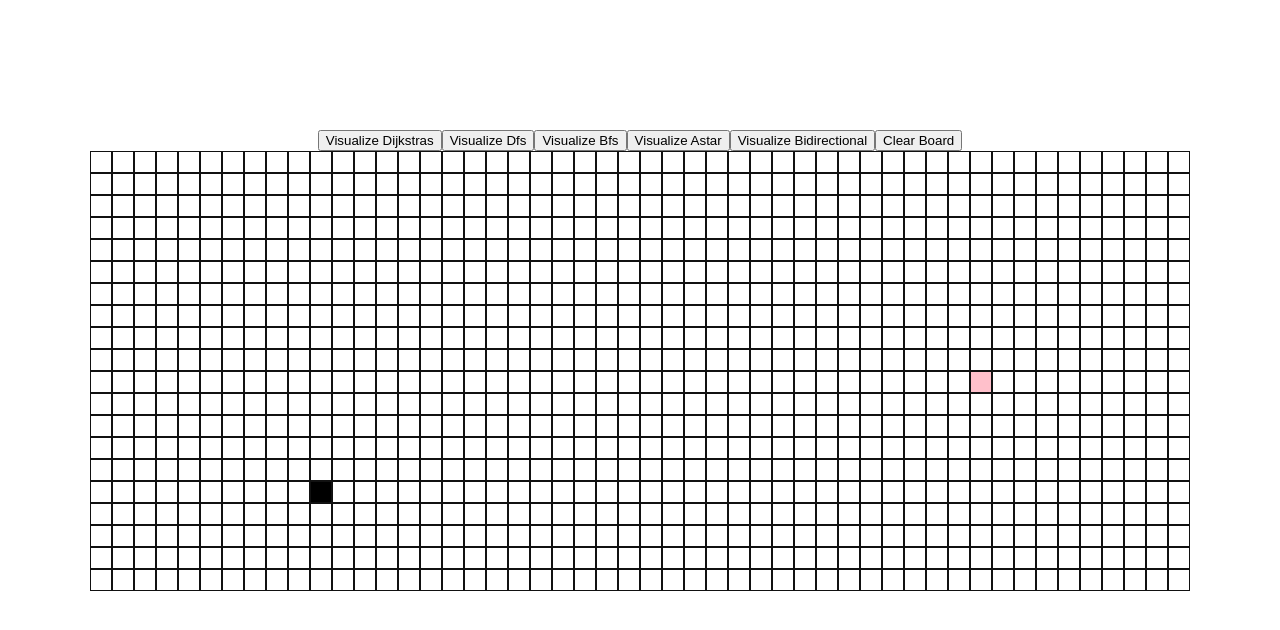
Repository: rehans-Life/Pathfinding-Visualizer
Page: /
An editor plug-in stored every save of this project. The page is shown before and after a run of saves, followed by the edit.
The browser window is 1280 px wide. The pictures show the whole page.
The project was rebuilt for these pictures with package versions that can differ from the ones it lists, and the page was loaded fresh each time. The framework's server and built-in components were replaced by stand-ins that run in the browser. Also part of the build but not shown: next.config.js.

Above is the page before, as saved 2023-03-10 10:16:34.

### pages/index.js
import Head from "next/head";
import styles from "../styles/Home.module.css";
import Node from "../components/Node";
import { visualizeDijistras } from "../algorithms/dijkstras";
import { useState } from "react";
import { visualizeDfs } from "../algorithms/dfs";
import { visualizeBfs } from "../algorithms/bfs";
import { visualizeAstar } from "../algorithms/aStar";
import { visualizeBidirectional } from "../algorithms/bidirectional";

export const START_ROW = 15;
export const START_COL = 10;
export const END_ROW = 10;
export const END_COL = 40;

function getInitialGrid() {
  let grid = [];
  for (let i = 0; i < 20; i++) {
    let row = [];
    for (let j = 0; j < 50; j++) {
      const node = {
        row: i,
        col: j,
        isStart: i === START_ROW && j === START_COL,
        isEnd: i === END_ROW && j === END_COL,
        distance: Infinity,
        parent: null,
        isVisited: false,
        isInPath: false,
        isWall: false,
        huristic: Infinity,
        totalDistance: 0,
      };
      row.push(node);
    }
    grid.push(row);
  }
  return grid;
}

const canBecomeWall = (row, col) => {
  return row != END_ROW || col != END_COL;
};

export default function Home() {
  const [grid, setGrid] = useState(getInitialGrid());
  const [mouseDown, setMouseDown] = useState(false);

  const handleMouseDown = (row, col) => {
    if (!canBecomeWall(row, col)) return;
    setMouseDown(true);
    setCellAsWall(row, col);
  };

  const handleMouseEnter = (row, col) => {
    if (!canBecomeWall(row, col)) return;
    if (mouseDown) {
      setCellAsWall(row, col);
    }
  };

  const handleMouseUp = () => {
    setMouseDown(false);
  };

  const setCellAsWall = (row, col) => {
    let newGrid = grid.slice();
    newGrid[row][col].isWall = !newGrid[row][col].isWall;
    setGrid(newGrid);
  };

  return (
    <div className={styles.container}>
      <Head>
        <title>Pathfinding Visualizer</title>
        <meta name="description" content="Generated by create next app" />
        <link rel="icon" href="/favicon.ico" />
      </Head>
      <div className={styles.buttons}>
        <button onClick={() => visualizeDijistras(grid, setGrid)}>
          Visualize Dijkstras
        </button>
        <button onClick={() => visualizeDfs(grid, setGrid)}>
          Visualize Dfs
        </button>
        <button onClick={() => visualizeBfs(grid, setGrid)}>
          Visualize Bfs
        </button>
        <button onClick={() => visualizeAstar(grid, setGrid)}>
          Visualize Astar
        </button>
        <button onClick={() => visualizeBidirectional(grid, setGrid)}>
          Visualize Bidirectional
        </button>
        <button onClick={() => setGrid(getInitialGrid())}>Clear Board</button>
      </div>
      {grid.map((row, index) => (
        <div key={index} className={styles.row}>
          {row.map((node, index) => (
            <Node
              key={index}
              row={node.row}
              col={node.col}
              isStart={node.isStart}
              isEnd={node.isEnd}
              distance={node.distance}
              isVisited={node.isVisited}
              isInPath={node.isInPath}
              isWall={node.isWall}
              handleMouseDown={handleMouseDown}
              handleMouseUp={handleMouseUp}
              handleMouseEnter={handleMouseEnter}
            ></Node>
          ))}
        </div>
      ))}
    </div>
  );
}

### styles/Home.module.css
.container {
  display: flex;
  flex-direction: column;
  justify-content: center;
  align-items: center;
  width: 100vw;
  height: 100vh;
}
.node {
  padding: 10px;
  border: 1px solid #111;
  width: 10px;
}

.row {
  display: flex;
}
.button {
  display: flex;
  align-items: center;
}

.startNode {
  padding: 10px;
  border: 1px solid #111;
  width: 10px;
  background-color: black;
}
.visited {
  background-color: lightslategray;
  padding: 10px;
  border: 1px solid #111;
  width: 10px;
}

.wall {
  background-color: darkslateblue;
  padding: 10px;
  border: 1px solid #111;
  width: 10px;
}

.inPath {
  background-color: royalblue;
  padding: 10px;
  border: 1px solid #111;
  width: 10px;
}

.endNode {
  padding: 10px;
  border: 1px solid #111;
  width: 10px;
  background-color: pink;
}

### components/Node.js
import React from "react";
import styles from "../styles/Home.module.css";

export default function Node({
  row,
  col,
  isStart,
  isEnd,
  isWall,
  isInPath,
  isVisited,
  handleMouseDown,
  handleMouseUp,
  handleMouseEnter,
}) {
  return (
    <div
      onMouseDown={() => handleMouseDown(row, col)}
      onMouseUp={handleMouseUp}
      onMouseEnter={() => handleMouseEnter(row, col)}
      className={
        isStart
          ? styles.startNode
          : isEnd
          ? styles.endNode
          : isWall
          ? styles.wall
          : isInPath
          ? styles.inPath
          : isVisited
          ? styles.visited
          : styles.node
      }
    >
      {" "}
    </div>
  );
}

### algorithms/dijkstras.js
import { END_COL, END_ROW, START_COL, START_ROW } from "../pages";

class PriorityQueue {
  constructor() {
    this.heap = [];
  }

  isEmpty() {
    return this.heap.length == 0;
  }

  insert(node) {
    this.heap.push(node);
    let i = this.heap.length - 1;
    this.siftup(i);
  }

  delete() {
    let temp = this.heap[0];
    this.heap[0] = this.heap[this.heap.length - 1];
    this.heap.pop();
    this.shiftdown(0);
    return temp;
  }

  siftup(i) {
    let parent = Math.floor((i - 1) / 2);
    while (parent >= 0 && this.heap[parent].distance > this.heap[i].distance) {
      let temp = this.heap[parent];
      this.heap[parent] = this.heap[i];
      this.heap[i] = temp;
      i = parent;
      parent = Math.floor((i - 1) / 2);
    }
  }
  shiftdown(i) {
    let leftChild = i * 2 + 1;
    let rightChild = i * 2 + 2;
    let n = this.heap.length;

    while (
      (leftChild < n &&
        this.heap[leftChild].distance < this.heap[i].distance) ||
      (rightChild < n && this.heap[rightChild].distance < this.heap[i].distance)
    ) {
      let smaller =
        rightChild >= n ||
        this.heap[leftChild].distance <= this.heap[rightChild].distance
          ? leftChild
          : rightChild;

      let temp = this.heap[i];
      this.heap[i] = this.heap[smaller];
      this.heap[smaller] = temp;

      i = smaller;
      leftChild = i * 2 + 1;
      rightChild = i * 2 + 2;
    }
  }
}

function isValid(row, col) {
  return row < 20 && row >= 0 && col < 50 && col >= 0;
}

export function dijkstras(grid, src, target) {
  let priorityQueue = new PriorityQueue();
  let delRow = [-1, +1, 0, 0];
  let delCol = [0, 0, -1, +1];

  let visitedNodes = [];

  priorityQueue.insert(src);
  src.distance = 0;
  visitedNodes.push(src);

  while (!priorityQueue.isEmpty()) {
    let node = priorityQueue.delete();

    for (let i = 0; i < 4; i++) {
      let adjRow = node.row + delRow[i];
      let adjCol = node.col + delCol[i];
      let newDistance = node.distance + 1;

      if (isValid(adjRow, adjCol)) {
        let adjNode = grid[adjRow][adjCol];
        if (!adjNode.isWall && newDistance < adjNode.distance) {
          adjNode.distance = newDistance;
          adjNode.parent = node;
          if (adjNode.row === target.row && adjNode.col === target.col) {
            return visitedNodes;
          }
          visitedNodes.push(adjNode);
          priorityQueue.insert(adjNode);
        }
      }
    }
  }
  return visitedNodes;
}

const animteDijkstras = (visitedNodes, path, grid, setGrid) => {
  for (let i = 0; i < visitedNodes?.length; i++) {
    if (i === visitedNodes.length - 1) {
      setTimeout(() => {
        animatePath(path, grid, setGrid);
      }, 10 * i);
    }
    setTimeout(() => {
      let newGrid = grid.slice();

      let node = visitedNodes[i];
      let newNode = {
        ...node,
        isVisited: true,
      };

      newGrid[node.row][node.col] = newNode;
      setGrid(newGrid);
    }, 10 * i);
  }
};

const animatePath = (path, grid, setGrid) => {
  for (let i = 0; i < path?.length; i++) {
    setTimeout(() => {
      let newGrid = grid.slice();

      let node = path[i];
      let newNode = {
        ...node,
        isInPath: true,
      };

      newGrid[node.row][node.col] = newNode;
      setGrid(newGrid);
    }, 50 * i);
  }
};

export const visualizeDijistras = (grid, setGrid) => {
  let startNode = grid[START_ROW][START_COL];
  let endNode = grid[END_ROW][END_COL];
  let visitedNodes = dijkstras(grid, startNode, endNode);
  let node = grid[END_ROW][END_COL];
  let path = [];
  while (node) {
    path.push(node);
    node = node.parent;
  }
  path.reverse();
  animteDijkstras(visitedNodes, path, grid, setGrid);
};

### algorithms/dfs.js
import { END_COL, END_ROW, START_COL, START_ROW } from "../pages";

export function visualizeDfs(grid, setGrid) {
  let startNode = grid[START_ROW][START_COL];
  let endNode = grid[END_ROW][END_COL];
  let visitedNodes = dfs(grid, startNode, endNode);
  let path = [];
  let node = endNode;
  while (node) {
    path.push(node);
    node = node.parent;
  }
  path.reverse();
  animateDfs(visitedNodes, path, grid, setGrid);
}

function animateDfs(visitedNodes, path, grid, setGrid) {
  for (let i = 0; i < visitedNodes.length; i++) {
    setTimeout(() => {
      if (i === visitedNodes.length - 1) {
        animatePath(path, grid, setGrid);
      }
      let newGrid = grid.slice();

      let node = visitedNodes[i];
      let newNode = {
        ...node,
        isVisited: true,
      };

      newGrid[node.row][node.col] = newNode;
      setGrid(newGrid);
    }, 10 * i);
  }
}

function animatePath(path, grid, setGrid) {
  for (let i = 0; i < path.length; i++) {
    setTimeout(() => {
      let newGrid = grid.slice();

      let node = path[i];
      let newNode = {
        ...node,
        isInPath: true,
      };

      newGrid[node.row][node.col] = newNode;
      setGrid(newGrid);
    }, 10 * i);
  }
}

function isValid(row, col) {
  return row < 20 && row >= 0 && col < 50 && col >= 0;
}

function dfs(grid, src, target) {
  let visitedNodes = [];
  let delRow = [-1, 0, 0, +1];
  let delCol = [0, +1, -1, 0];

  function helper(node, parent) {
    node.distance = 1;
    node.parent = parent;
    visitedNodes.push(node);

    if (node.row === target.row && node.col === target.col) {
      return true;
    }

    for (let i = 0; i < 4; i++) {
      let adjRow = node.row + delRow[i];
      let adjCol = node.col + delCol[i];

      if (isValid(adjRow, adjCol)) {
        let adjNode = grid[adjRow][adjCol];
        if (!adjNode.isWall && adjNode.distance === Infinity) {
          if (helper(adjNode, node)) {
            return true;
          }
        }
      }
    }
  }

  helper(src, null);
  return visitedNodes;
}

### algorithms/bfs.js
import { END_COL, END_ROW, START_COL, START_ROW } from "../pages";

function isValid(row, col) {
  return row < 20 && row >= 0 && col < 50 && col >= 0;
}

export function bfs(grid, src, target) {
  let queue = [];
  let delRow = [-1, +1, 0, 0];
  let delCol = [0, 0, -1, +1];

  let visitedNodes = [];

  queue.push(src);
  src.distance = 0;
  visitedNodes.push(src);

  while (queue.length) {
    let node = queue.shift();

    for (let i = 0; i < 4; i++) {
      let adjRow = node.row + delRow[i];
      let adjCol = node.col + delCol[i];
      let newDistance = node.distance + 1;

      if (isValid(adjRow, adjCol)) {
        let adjNode = grid[adjRow][adjCol];
        if (!adjNode.isWall && newDistance < adjNode.distance) {
          adjNode.distance = newDistance;
          adjNode.parent = node;
          if (adjNode.row === target.row && adjNode.col === target.col) {
            return visitedNodes;
          }
          visitedNodes.push(adjNode);
          queue.push(adjNode);
        }
      }
    }
  }
  return visitedNodes;
}

const animateBfs = (visitedNodes, path, grid, setGrid) => {
  for (let i = 0; i < visitedNodes?.length; i++) {
    if (i === visitedNodes.length - 1) {
      setTimeout(() => {
        animatePath(path, grid, setGrid);
      }, 10 * i);
    }
    setTimeout(() => {
      let newGrid = grid.slice();

      let node = visitedNodes[i];
      let newNode = {
        ...node,
        isVisited: true,
      };

      newGrid[node.row][node.col] = newNode;
      setGrid(newGrid);
    }, 10 * i);
  }
};

const animatePath = (path, grid, setGrid) => {
  for (let i = 0; i < path?.length; i++) {
    setTimeout(() => {
      let newGrid = grid.slice();

      let node = path[i];
      let newNode = {
        ...node,
        isInPath: true,
      };

      newGrid[node.row][node.col] = newNode;
      setGrid(newGrid);
    }, 50 * i);
  }
};

export const visualizeBfs = (grid, setGrid) => {
  let startNode = grid[START_ROW][START_COL];
  let endNode = grid[END_ROW][END_COL];
  let visitedNodes = bfs(grid, startNode, endNode);
  let node = grid[END_ROW][END_COL];
  let path = [];
  while (node) {
    path.push(node);
    node = node.parent;
  }
  path.reverse();
  animateBfs(visitedNodes, path, grid, setGrid);
};

### algorithms/aStar.js
import { END_COL, END_ROW, START_COL, START_ROW } from "../pages";

function isValid(row, col) {
  return row < 20 && row >= 0 && col < 50 && col >= 0;
}

class PriorityQueue {
  constructor() {
    this.heap = [];
  }

  isEmpty() {
    return this.heap.length == 0;
  }

  insert(node) {
    this.heap.push(node);
    let i = this.heap.length - 1;
    this.siftup(i);
  }

  delete() {
    let temp = this.heap[0];
    this.heap[0] = this.heap[this.heap.length - 1];
    this.heap.pop();
    this.shiftdown(0);
    return temp;
  }

  siftup(i) {
    let parent = Math.floor((i - 1) / 2);
    while (
      parent >= 0 &&
      this.heap[parent].totalDistance > this.heap[i].totalDistance
    ) {
      let temp = this.heap[parent];
      this.heap[parent] = this.heap[i];
      this.heap[i] = temp;
      i = parent;
      parent = Math.floor((i - 1) / 2);
    }
  }
  shiftdown(i) {
    let leftChild = i * 2 + 1;
    let rightChild = i * 2 + 2;
    let n = this.heap.length;

    while (
      (leftChild < n &&
        this.heap[leftChild].totalDistance < this.heap[i].totalDistance) ||
      (rightChild < n &&
        this.heap[rightChild].totalDistance < this.heap[i].totalDistance)
    ) {
      let smaller =
        rightChild >= n ||
        this.heap[leftChild].totalDistance <=
          this.heap[rightChild].totalDistance
          ? leftChild
          : rightChild;

      let temp = this.heap[i];
      this.heap[i] = this.heap[smaller];
      this.heap[smaller] = temp;

      i = smaller;
      leftChild = i * 2 + 1;
      rightChild = i * 2 + 2;
    }
  }
}

class PriorityQueueII {
  constructor() {
    this.heap = [];
  }

  isEmpty() {
    return this.heap.length == 0;
  }

  insert(node) {
    this.heap.push(node);
    let i = this.heap.length - 1;
    this.siftup(i);
  }

  delete() {
    let temp = this.heap[0];
    this.heap[0] = this.heap[this.heap.length - 1];
    this.heap.pop();
    this.shiftdown(0);
    return temp;
  }

  siftup(i) {
    let parent = Math.floor((i - 1) / 2);
    while (parent >= 0 && this.heap[parent].huristic > this.heap[i].huristic) {
      let temp = this.heap[parent];
      this.heap[parent] = this.heap[i];
      this.heap[i] = temp;
      i = parent;
      parent = Math.floor((i - 1) / 2);
    }
  }
  shiftdown(i) {
    let leftChild = i * 2 + 1;
    let rightChild = i * 2 + 2;
    let n = this.heap.length;

    while (
      (leftChild < n &&
        this.heap[leftChild].huristic < this.heap[i].huristic) ||
      (rightChild < n && this.heap[rightChild].huristic < this.heap[i].huristic)
    ) {
      let smaller =
        rightChild >= n ||
        this.heap[leftChild].huristic <= this.heap[rightChild].huristic
          ? leftChild
          : rightChild;

      let temp = this.heap[i];
      this.heap[i] = this.heap[smaller];
      this.heap[smaller] = temp;

      i = smaller;
      leftChild = i * 2 + 1;
      rightChild = i * 2 + 2;
    }
  }
}

function dijkstras(grid, src) {
  const priorityQueueII = new PriorityQueue();
  let delRow = [-1, 0, 0, +1];
  let delCol = [0, +1, -1, 0];

  priorityQueueII.insert(src);
  src.huristic = 0;

  while (!priorityQueueII.isEmpty()) {
    let node = priorityQueueII.delete();

    for (let i = 0; i < 4; i++) {
      let adjRow = node.row + delRow[i];
      let adjCol = node.col + delCol[i];
      let newHuristic = node.huristic + 1;

      if (isValid(adjRow, adjCol)) {
        let adjNode = grid[adjRow][adjCol];
        if (!adjNode.isWall && newHuristic < adjNode.huristic) {
          adjNode.huristic = newHuristic;
          priorityQueueII.insert(adjNode);
        }
      }
    }
  }
}

function aStar(grid, src, target) {
  dijkstras(grid, target);
  const priorityQueue = new PriorityQueue();
  let delRow = [-1, 0, 0, +1];
  let delCol = [0, +1, -1, 0];
  let visitedNodes = [];
  priorityQueue.insert(src);
  src.distance = 0;
  visitedNodes.push(src);
  src.totalDistance = src.distance + src.huristic;

  while (!priorityQueue.isEmpty()) {
    let node = priorityQueue.delete();

    for (let i = 0; i < 4; i++) {
      let adjRow = node.row + delRow[i];
      let adjCol = node.col + delCol[i];
      let newDistance = node.distance + 1;

      if (isValid(adjRow, adjCol)) {
        let adjNode = grid[adjRow][adjCol];
        if (!adjNode.isWall && newDistance < adjNode.distance) {
          adjNode.distance = newDistance;
          adjNode.totalDistance = adjNode.distance + adjNode.huristic;
          adjNode.parent = node;
          if (adjNode.row === target.row && adjNode.col === target.col) {
            return visitedNodes;
          }
          visitedNodes.push(adjNode);
          priorityQueue.insert(adjNode);
        }
      }
    }
  }
  return visitedNodes;
}

const animateAstar = (visitedNodes, path, grid, setGrid) => {
  for (let i = 0; i < visitedNodes?.length; i++) {
    if (i === visitedNodes.length - 1) {
      setTimeout(() => {
        animatePath(path, grid, setGrid);
      }, 10 * i);
    }
    setTimeout(() => {
      let newGrid = grid.slice();

      let node = visitedNodes[i];
      let newNode = {
        ...node,
        isVisited: true,
      };

      newGrid[node.row][node.col] = newNode;
      setGrid(newGrid);
    }, 10 * i);
  }
};

const animatePath = (path, grid, setGrid) => {
  for (let i = 0; i < path?.length; i++) {
    setTimeout(() => {
      let newGrid = grid.slice();

      let node = path[i];
      let newNode = {
        ...node,
        isInPath: true,
      };

      newGrid[node.row][node.col] = newNode;
      setGrid(newGrid);
    }, 50 * i);
  }
};

export const visualizeAstar = (grid, setGrid) => {
  let startNode = grid[START_ROW][START_COL];
  let endNode = grid[END_ROW][END_COL];
  let visitedNodes = aStar(grid, startNode, endNode);
  let node = grid[END_ROW][END_COL];
  let path = [];
  while (node) {
    path.push(node);
    node = node.parent;
  }
  path.reverse();
  animateAstar(visitedNodes, path, grid, setGrid);
};

### algorithms/bidirectional.js
import { END_COL, END_ROW, START_COL, START_ROW } from "../pages";

function isValid(row, col) {
  return row < 20 && row >= 0 && col < 50 && col >= 0;
}

function bidirectional(grid, src, target) {
  let forwardQueue = [];
  let backwardQueue = [];

  let forwardVisitedNodes = [];
  let backwardVisitedNodes = [];

  src.distance = 0;
  forwardQueue.push(src);
  forwardVisitedNodes.push(src);

  target.distance = 0;
  backwardQueue.push(target);
  backwardVisitedNodes.push(target);

  while (forwardQueue.length && backwardQueue.length) {
    bfs(grid, forwardQueue, forwardVisitedNodes, backwardVisitedNodes);

    let backwardIntersectingNodes = bfs(
      grid,
      backwardQueue,
      backwardVisitedNodes,
      forwardVisitedNodes
    );
    if (backwardIntersectingNodes) {
      return [
        answer(forwardVisitedNodes, backwardVisitedNodes),
        genertatePath(backwardIntersectingNodes),
      ];
    }
  }
  return answer(forwardVisitedNodes, backwardVisitedNodes);
}

function answer(forwardVisitedNodes, backwardVisitedNodes) {
  let visitedNodes = [];
  let n = forwardVisitedNodes.length;
  let m = backwardVisitedNodes.length;

  let greater = n > m ? n : m;

  for (let i = 0; i < greater; i++) {
    if (i < n) visitedNodes.push(forwardVisitedNodes[i]);
    if (i < m) visitedNodes.push(backwardVisitedNodes[i]);
  }
  return visitedNodes;
}

function genertatePath(intersectingingNodes) {
  let forwardPath = [];
  let forwardNode = intersectingingNodes[0];
  while (forwardNode) {
    forwardPath.push(forwardNode);
    forwardNode = forwardNode.parent;
  }
  forwardPath.reverse();
  let backwardPath = [];
  let backwardNode = intersectingingNodes[1];
  while (backwardNode) {
    backwardPath.push(backwardNode);
    backwardNode = backwardNode.parent;
  }
  let path = [...forwardPath, ...backwardPath];
  return path;
}

function bfs(grid, queue, directionVisitedNodes, visitedNodes) {
  let node = queue.shift();
  let delRow = [-1, +1, 0, 0];
  let delCol = [0, 0, -1, +1];

  for (let i = 0; i < 4; i++) {
    let adjRow = node.row + delRow[i];
    let adjCol = node.col + delCol[i];
    let newDistance = node.distance + 1;

    if (isValid(adjRow, adjCol)) {
      let adjNode = grid[adjRow][adjCol];

      if (visitedNodes.includes(adjNode)) {
        return [adjNode, node];
      }

      if (!adjNode.isWall && newDistance < adjNode.distance) {
        adjNode.distance = newDistance;
        adjNode.parent = node;
        directionVisitedNodes.push(adjNode);
        queue.push(adjNode);
      }
    }
  }
}

const animateBidirectional = (visitedNodes, path, grid, setGrid) => {
  for (let i = 0; i < visitedNodes?.length; i++) {
    if (i === visitedNodes.length - 1) {
      setTimeout(() => {
        animatePath(path, grid, setGrid);
      }, 10 * i);
    }
    setTimeout(() => {
      let newGrid = grid.slice();

      let node = visitedNodes[i];
      let newNode = {
        ...node,
        isVisited: true,
      };

      newGrid[node.row][node.col] = newNode;
      setGrid(newGrid);
    }, 10 * i);
  }
};

const animatePath = (path, grid, setGrid) => {
  for (let i = 0; i < path?.length; i++) {
    setTimeout(() => {
      let newGrid = grid.slice();

      let node = path[i];
      let newNode = {
        ...node,
        isInPath: true,
      };

      newGrid[node.row][node.col] = newNode;
      setGrid(newGrid);
    }, 50 * i);
  }
};

export const visualizeBidirectional = (grid, setGrid) => {
  let startNode = grid[START_ROW][START_COL];
  let endNode = grid[END_ROW][END_COL];
  let [visitedNodes, path] = bidirectional(grid, startNode, endNode);
  animateBidirectional(visitedNodes, path, grid, setGrid);
};

Loaded but not shown: pages/_app.js (common file); styles/globals.css (common file)

After the next 2 saves:
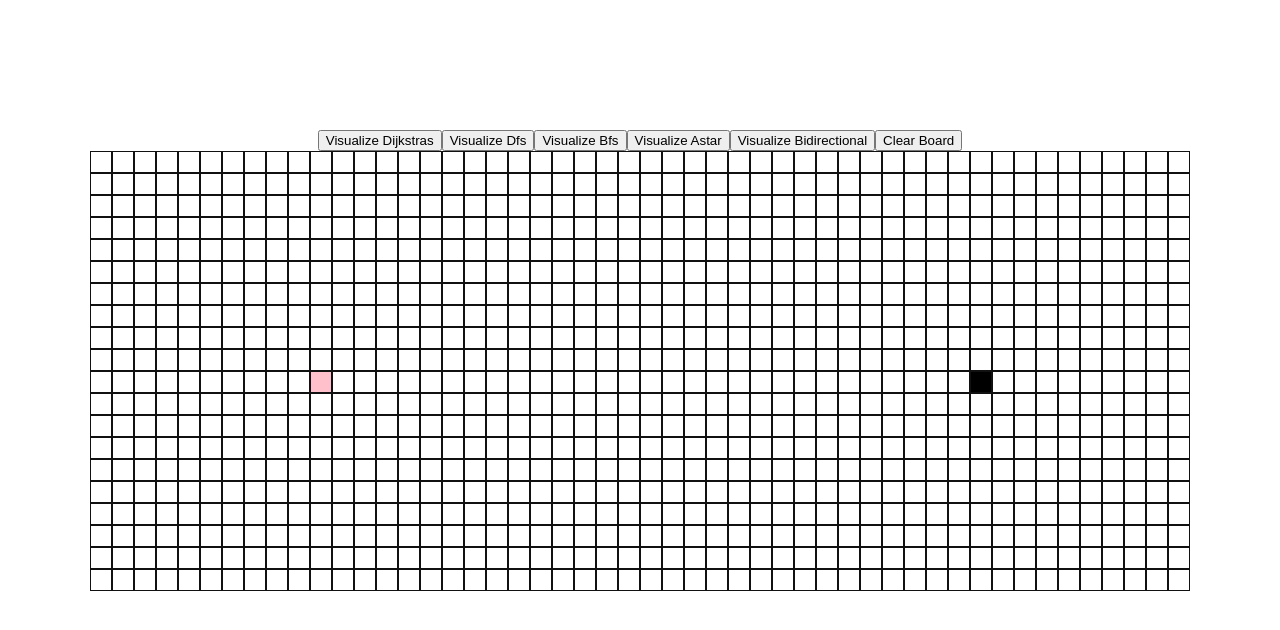
The 2 saves are shown as one change because they came seconds apart.
The last was saved 26 s later.
--- a/pages/index.js
+++ b/pages/index.js
@@ -8,10 +8,10 @@ import { visualizeBfs } from "../algorithms/bfs";
 import { visualizeAstar } from "../algorithms/aStar";
 import { visualizeBidirectional } from "../algorithms/bidirectional";
 
-export const START_ROW = 15;
-export const START_COL = 10;
+export const START_ROW = 10;
+export const START_COL = 40;
 export const END_ROW = 10;
-export const END_COL = 40;
+export const END_COL = 10;
 
 function getInitialGrid() {
   let grid = [];
